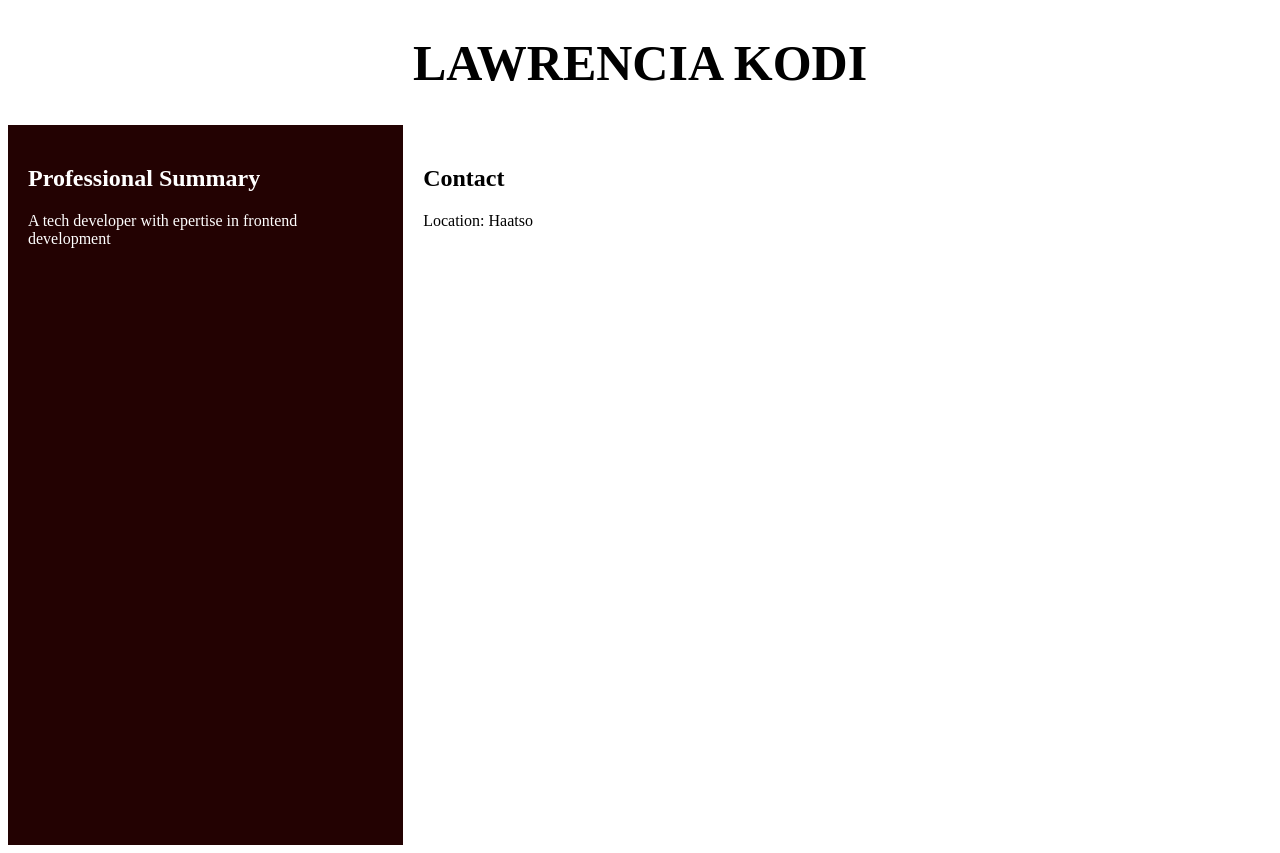
Repository: lawrencia-coder/T4G_CV
Page: index.html
The author's editor kept a copy of each file at every save. The page is drawn from the files as they stood at one save, then again after a run of saves.
The browser window is 1280 px wide. The pictures show the whole page.
Some web libraries are served in a nearby version.

Above is the page before, as saved 2026-07-09 07:30:31.

After the next 2 saves:
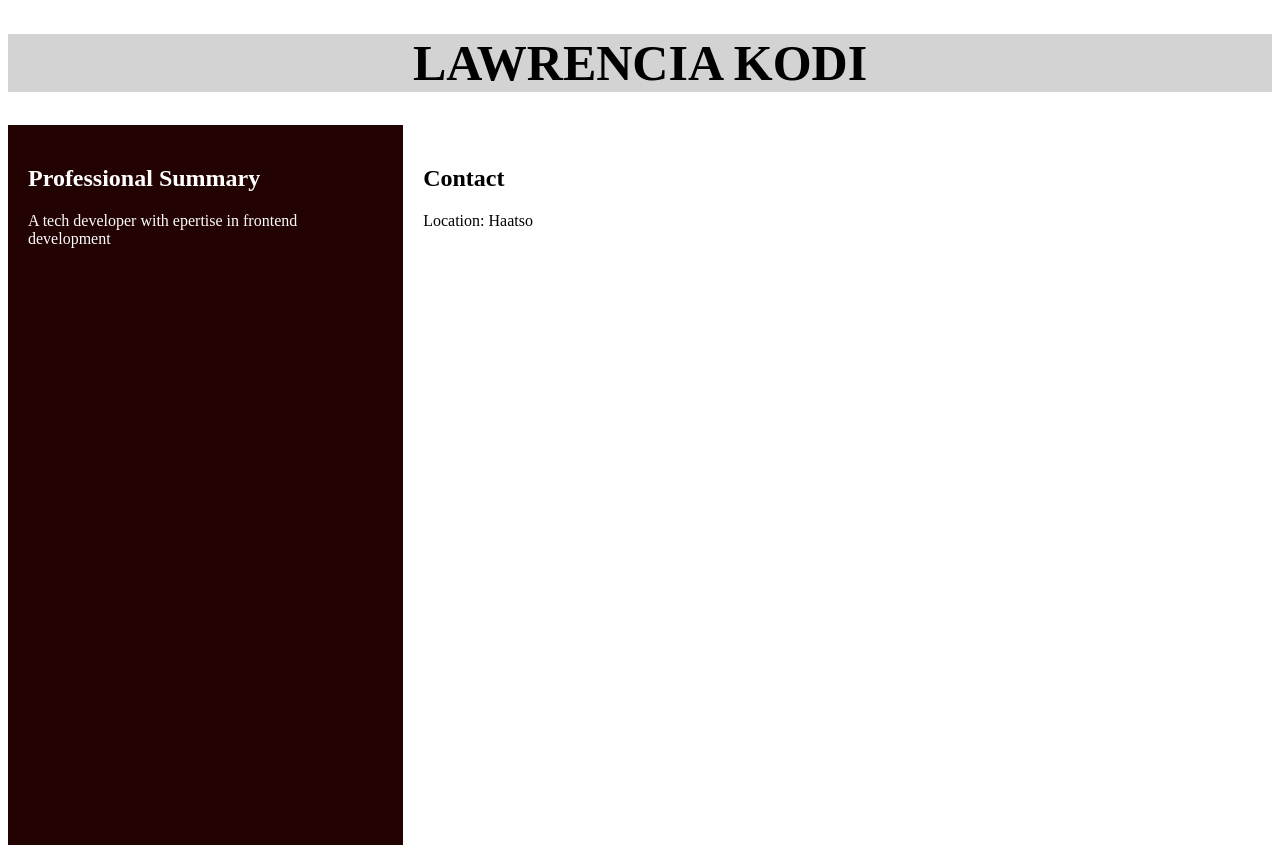
The 2 saves are shown as one change because they came seconds apart.
The last was saved 15 s later.
--- a/style.css
+++ b/style.css
@@ -1,7 +1,7 @@
 /* working on my headings */
 h1{
     text-align: center;
-    background-color: rgb(255, 255, 255);
+    background-color: rgb(212, 211, 211);
     border-width: 60px;
     font-size: 50px;
 
